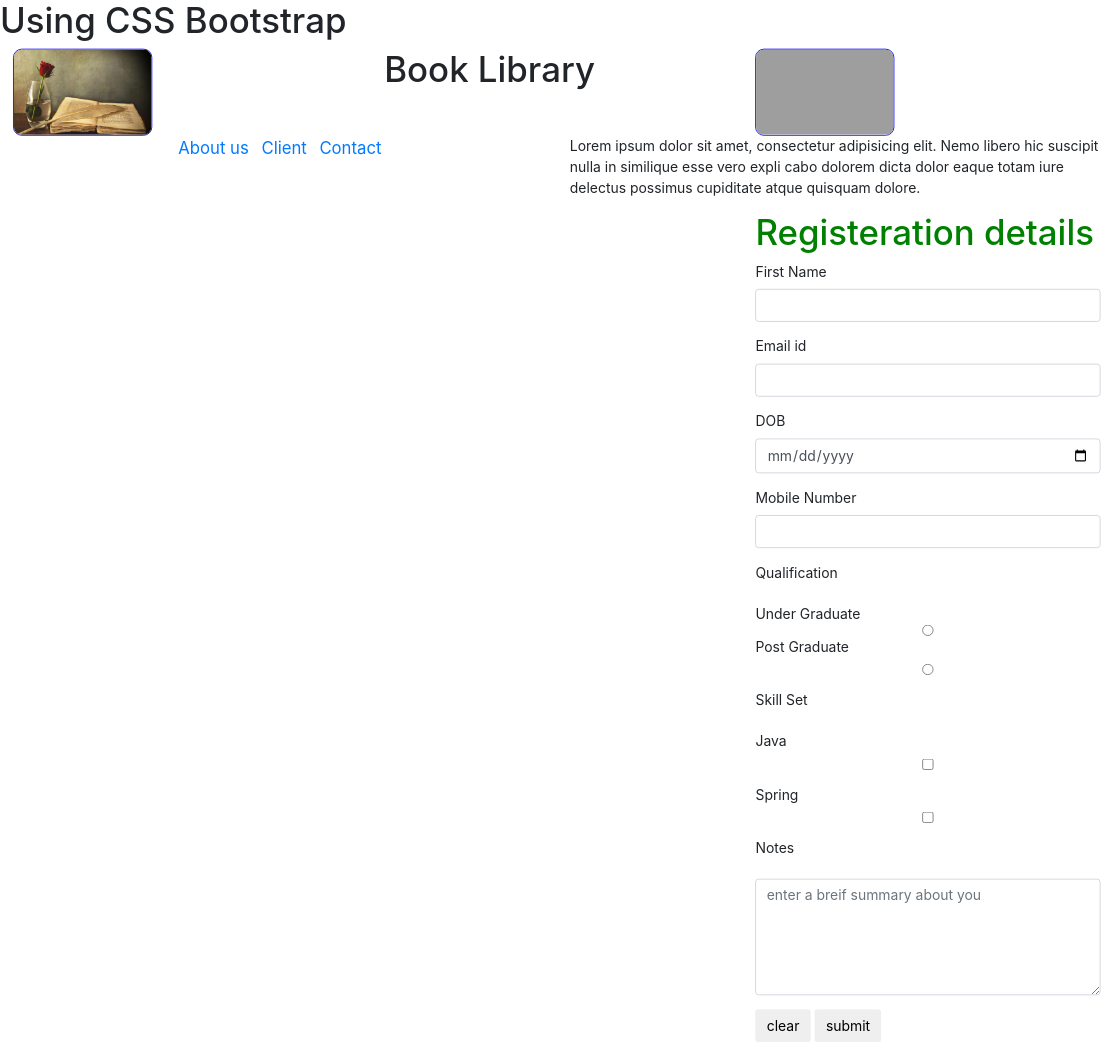
Repository: Balamurugan1914/crud_operation_without_db
Page: CSS_EXAMPLE/src/main/webapp/Bootstrap.html
These files come from the project's save history. The page is drawn as it stood at one moment and after the next save; the edit follows.
The browser window is 1280 px wide. The pictures show the whole page, at 87% of full size.
Pictures or frames that could not be fetched are drawn as grey boxes.

Above is the page before, as saved 2022-06-27 09:45:50.

After the next save:
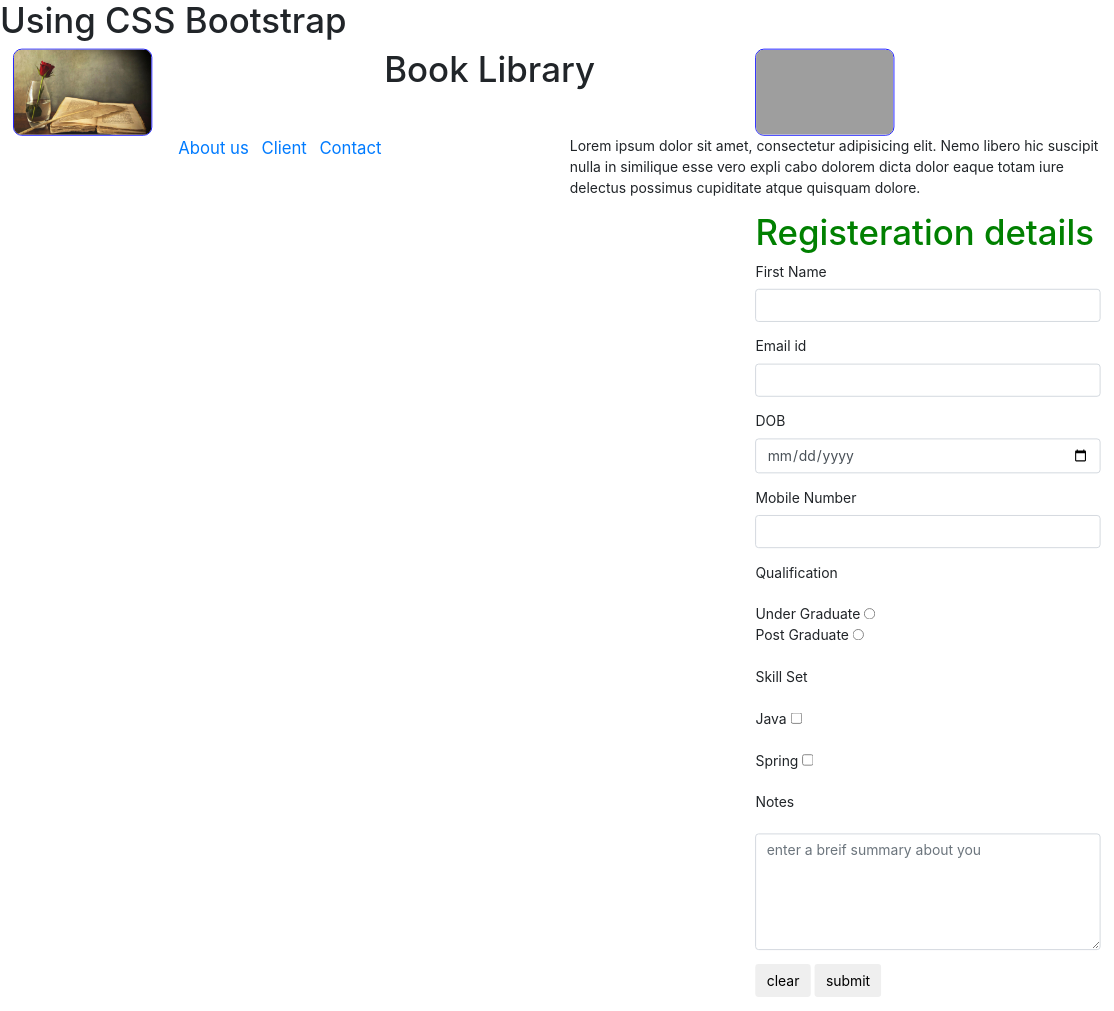
Saved 40 s later.
--- a/CSS_EXAMPLE/src/main/webapp/Bootstrap.html
+++ b/CSS_EXAMPLE/src/main/webapp/Bootstrap.html
@@ -82,22 +82,22 @@ a {
 				</div>
 				<div>
 					<label for="ug"></label>Under Graduate <input type="radio"
-						value="Post Graduate" name="qualification" id="ug" class="form-control" />
+						value="Post Graduate" name="qualification" id="ug" />
 				</div>
 				<div class="form-group">
 					<label for="pg">Post Graduate</label> <input type="radio"
-						value="Post Graduate" name="qualification" id="pg" class="form-control" />
+						value="Post Graduate" name="qualification" id="pg"  />
 				</div>
 				<div class="form-group">
 					<label for="Skill">Skill Set</label>
 				</div>
 				<div class="form-group">
 					<label for="java">Java</label> <input type="checkbox" value="java"
-						name="skill" id="java" class="form-control"/>
+						name="skill" id="java" />
 				</div>
 				<div class="form-group">
 					<label for="Spring">Spring</label> <input type="checkbox"
-						value="Spring" name="skill" id="Spring"  class="form-control"/>
+						value="Spring" name="skill" id="Spring"  />
 				</div>
 				<div class="form-group">
 					<label for="Notes">Notes</label>
